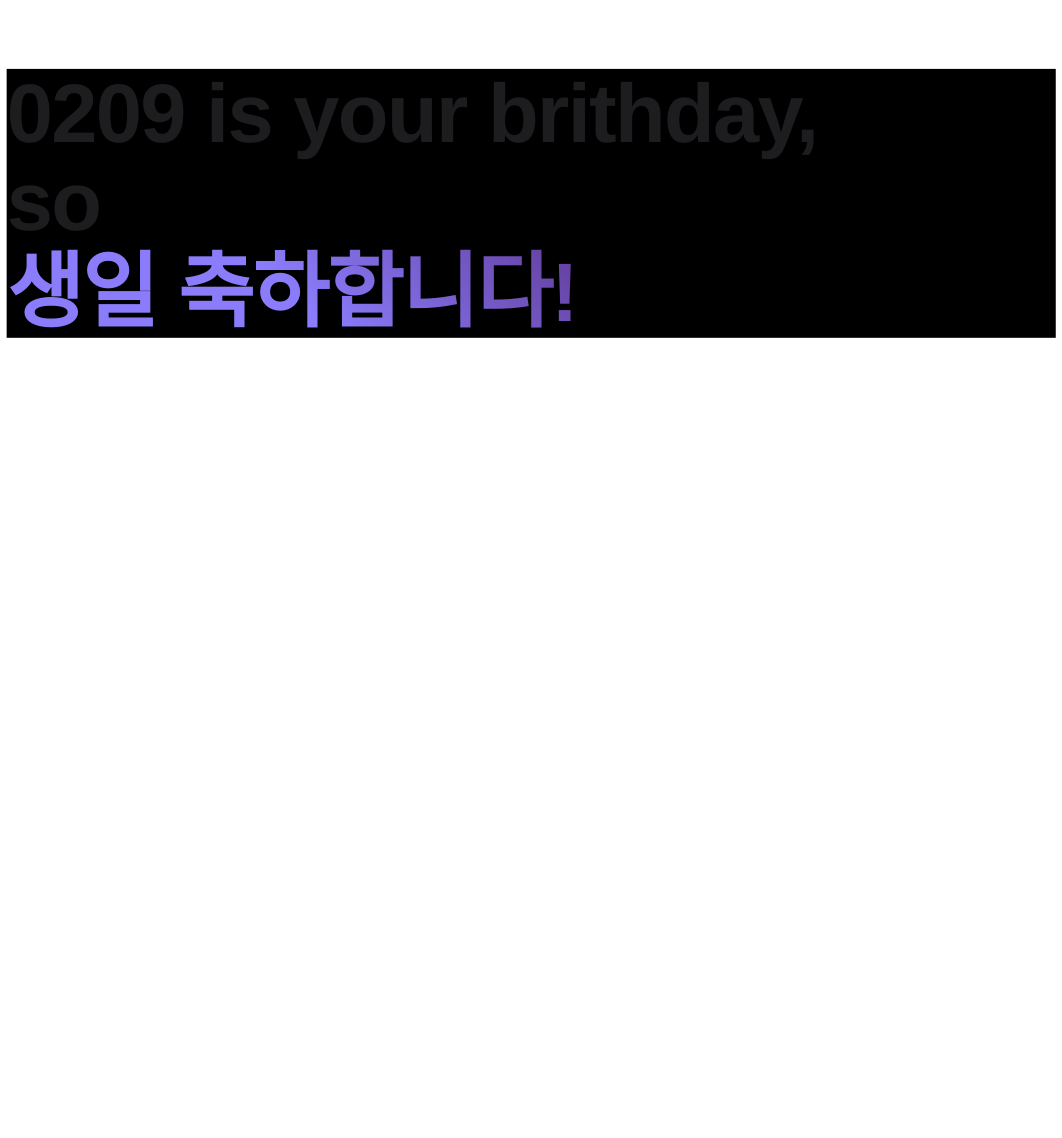
Repository: Caococos/02-09
Page: /
An editor plug-in stored every save of this project. The page is shown before and after the next save, followed by the edit.
The browser window is 1280 px wide. The pictures show the whole page, at 83% of full size.
The project was rebuilt for these pictures with package versions that can differ from the ones it lists, and the page was loaded fresh each time. Also part of the build but not shown: vue.config.js.

Above is the page before, as saved 2021-06-11 22:41:13.

### src/main.js
/*
 * @Descripttion:
 * @version: 1.0
 * @Author: Zhihaot1
 * @Date: 2021-06-11 21:03:51
 * @LastEditors: Zhihaot1
 * @LastEditTime: 2021-06-11 22:08:57
 */
import Vue from 'vue'
import App from './App.vue'
import router from './router'

Vue.config.productionTip = false
import "assets/css/index.css";
new Vue({
  router,
  render: h => h(App)
}).$mount('#app')

### src/App.vue
<!--
 * @Descripttion:
 * @version: 1.0
 * @Author: Zhihaot1
 * @Date: 2021-06-11 21:03:51
 * @LastEditors: Zhihaot1
 * @LastEditTime: 2021-06-11 21:30:25
-->
<template>
  <div id="app">
    <router-view />
  </div>
</template>

<style>
</style>

### src/router/index.js
/*
 * @Descripttion:
 * @version: 1.0
 * @Author: Zhihaot1
 * @Date: 2021-06-11 21:03:51
 * @LastEditors: Zhihaot1
 * @LastEditTime: 2021-06-11 21:34:08
 */
import Vue from 'vue'
import VueRouter from 'vue-router'
import Home from 'views/home/Home.vue'

Vue.use(VueRouter)

const routes = [
  {
    path: '',
    redirect: '/home'
  },
  {
    path: '/home',
    name: 'Home',
    component: Home
  },
  // {
  //   path: '/about',
  //   name: 'About',
  //   // route level code-splitting
  //   // this generates a separate chunk (about.[hash].js) for this route
  //   // which is lazy-loaded when the route is visited.
  //   component: () => import(/* webpackChunkName: "about" */ '../views/About.vue')
  // }
]

const router = new VueRouter({
  mode: 'history',
  base: process.env.BASE_URL,
  routes
})

export default router

### src/assets/css/index.css
:root {
  --offset: 6px;
}

body {
  height: 100vw;
  color: #000;
}

### src/views/home/Home.vue
<template>
  <div class='home'>
    <font-swiper></font-swiper>
  </div>
</template>

<script>
import FontSwiper from 'views/home/childComps/FontSwiper';
export default {
  name: 'home',
  data() {
    return {

    }
  },
  components: {
    FontSwiper
  }
}
</script>

<style scoped>
.home {
  background: #000;
}
</style>

### src/views/home/childComps/FontSwiper.vue
<!--
 * @Descripttion:
 * @version: 1.0
 * @Author: Zhihaot1
 * @Date: 2021-06-11 22:34:44
 * @LastEditors: Zhihaot1
 * @LastEditTime: 2021-06-11 22:35:27
-->
<template>
  <div class="font-swiper">
    <h2>0209 is your brithday, so
      <div class="mask">
        <span data-show>Happy birthday!</span>
        <span>С днем рождения!</span>
        <span>생일 축하합니다!</span>
        <span>誕生日おめでと!</span>
      </div>
    </h2>
  </div>
</template>

<script>

export default {
  name: 'FontSwiper',
  mounted() {
    this.move()
  },
  methods: {
    move() {
      setInterval(function () {
        const show = document.querySelector('span[data-show]')
        const next = show.nextElementSibling || document.querySelector('span:first-child')
        const up = document.querySelector('span[data-up]')

        if (up) {
          up.removeAttribute('data-up')
        }
        show.removeAttribute('data-show')
        show.setAttribute('data-up', '')

        next.setAttribute('data-show', '')
      }, 2000)
    }
  }
}
</script>
<style scoped>
h2 {
  width: 980px;
  font-size: 100px;
  font-family: Helvetica;
  line-height: 1.06;
  letter-spacing: -0.02em;
  color: #1d1d1f;
}

.mask {
  margin-top: var(--offset);
  height: 106px;
  position: relative;
  overflow: hidden;
}

.mask span {
  display: block;
  padding: var(--offset) 0;
  margin-top: 10px;
  box-sizing: border-box;
  position: absolute;
  top: 100px;

  background-size: 100% 100%;
  -webkit-background-clip: text;
  background-clip: text;
  -webkit-text-fill-color: transparent;
  background-repeat: no-repeat;
}

.mask span[data-show] {
  transform: translateY(-100%);
  transition: 0.5s transform ease-in-out;
}

.mask span[data-up] {
  transform: translateY(-200%);
  transition: 0.5s transform ease-in-out;
}

.mask span:nth-child(1) {
  background-image: linear-gradient(45deg, #0ecffe 50%, #07a6f1);
}

.mask span:nth-child(2) {
  background-image: linear-gradient(45deg, #18e198 50%, #0ec15d);
}

.mask span:nth-child(3) {
  background-image: linear-gradient(45deg, #8a7cfb 50%, #633e9c);
}

.mask span:nth-child(4) {
  background-image: linear-gradient(45deg, #fa7671 50%, #f45f7f);
}
</style>

Loaded but not shown: public/index.html (common file)

After the next save:
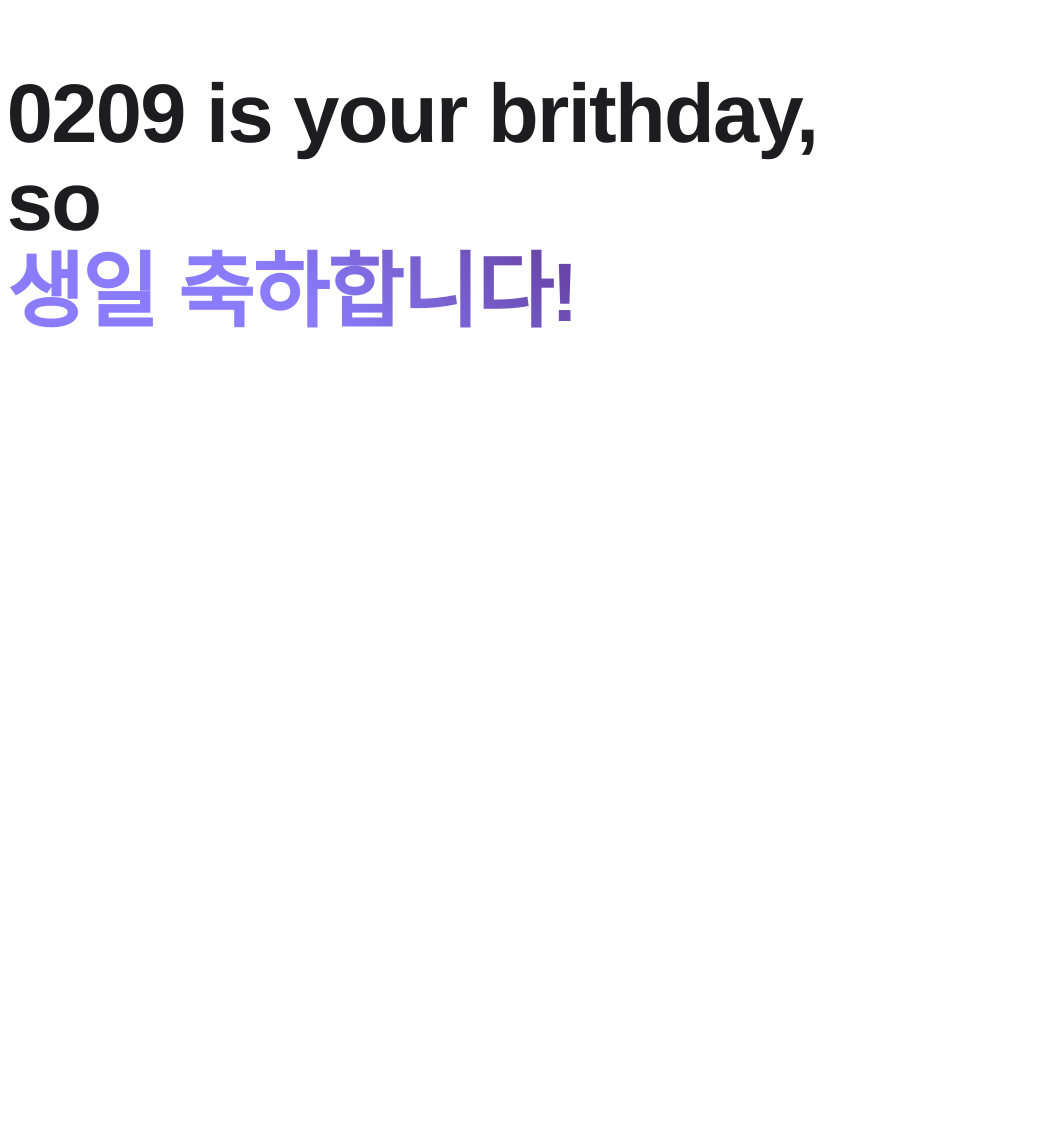
Saved 4 s later.
--- a/src/views/home/Home.vue
+++ b/src/views/home/Home.vue
@@ -20,7 +20,4 @@ export default {
 </script>
 
 <style scoped>
-.home {
-  background: #000;
-}
 </style>
